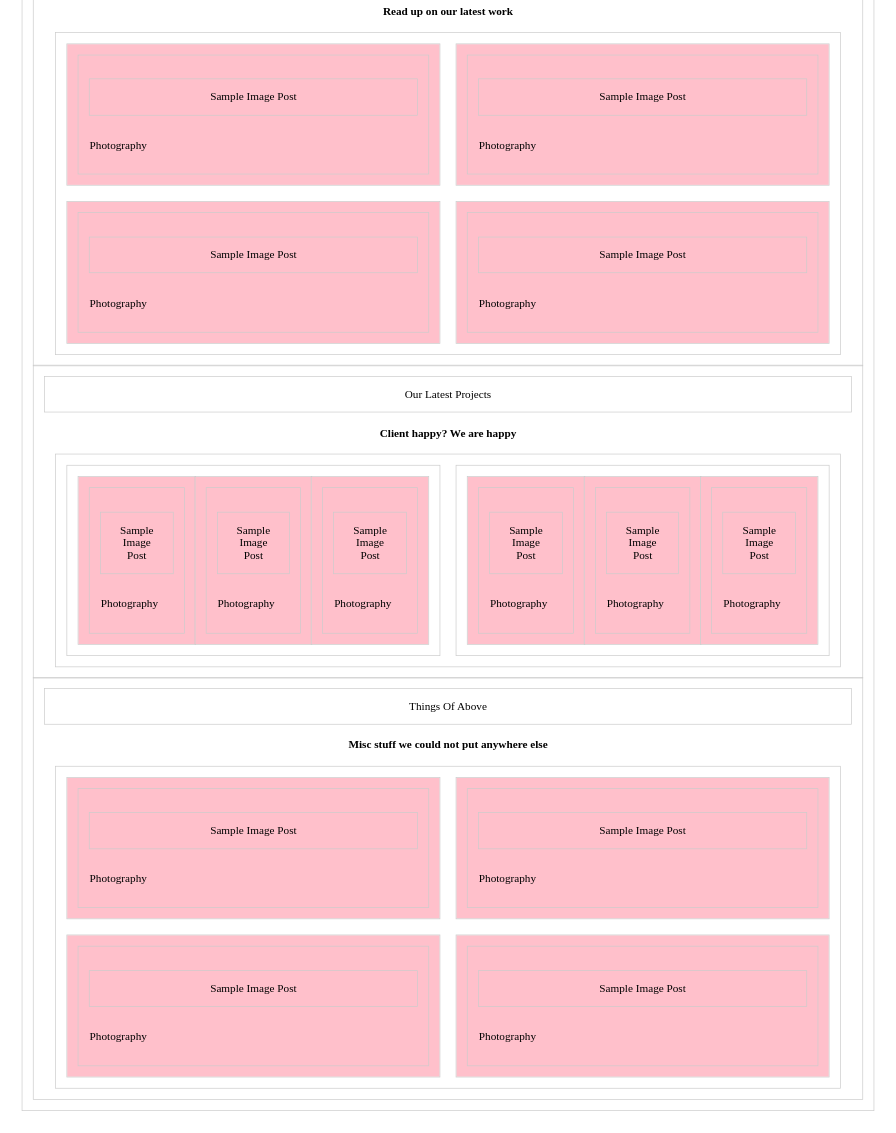
Repository: kionale/Project1_Lab3_ResponsiveLayout
Page: index.html
An editor plug-in stored every save of this project. The page is shown before and after the next save, followed by the edit.
The browser window is 1280 px wide. The pictures show the part of the page from y = 1133 to 3053 px (the page is 2751 px tall before and 3053 px after), at 70% of full size.

Above is the page before, as saved 2023-01-25 22:29:51.

After the next save:
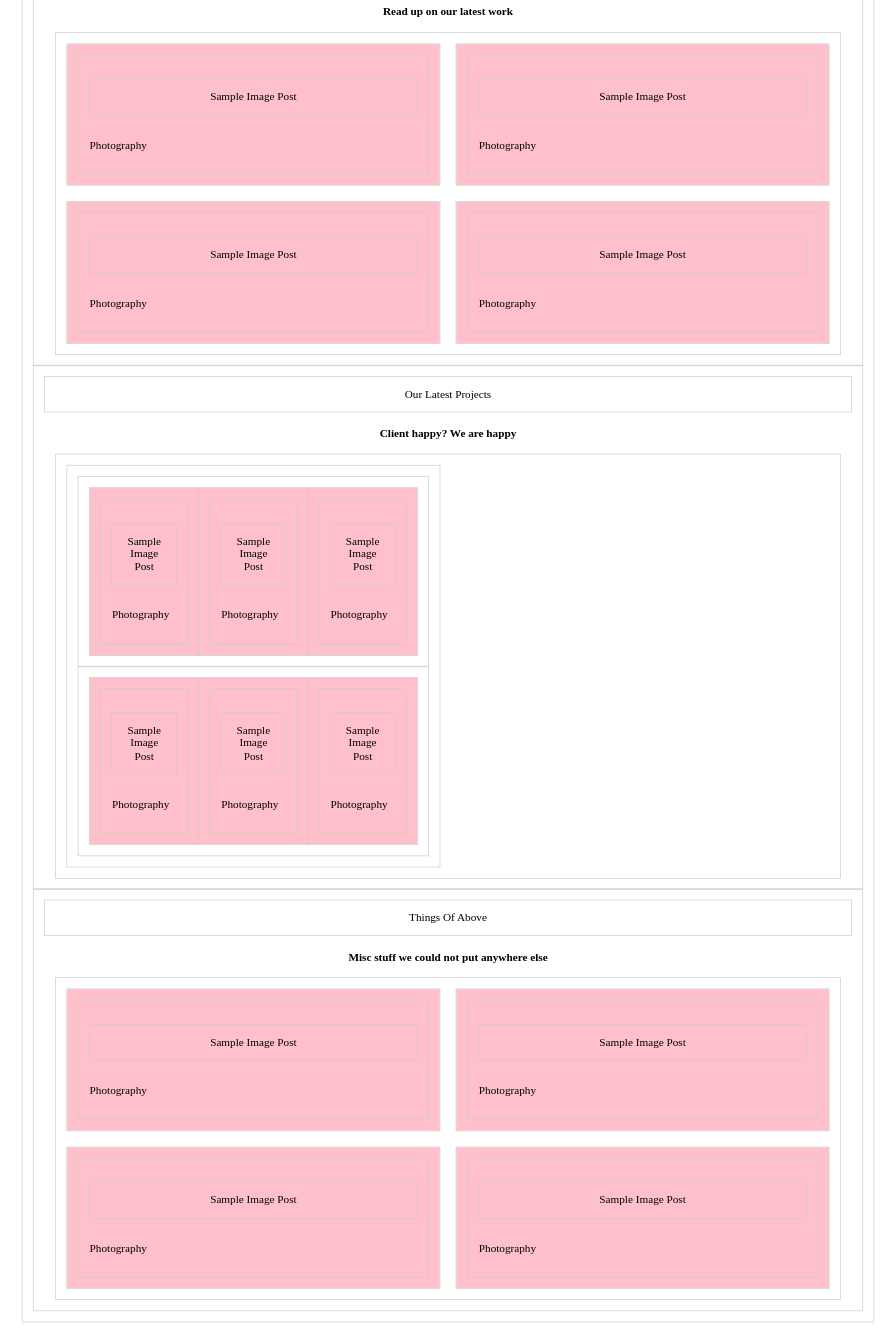
Saved 1 s later.
--- a/index.html
+++ b/index.html
@@ -149,52 +149,54 @@
       <header class="header latest__projects__header">Our Latest Projects</header>
       <h4 class="subheading">Client happy? We are happy</h4>
       <div class="row m-col-2 l-col-3">
-        <section class="top__row__latest">
-          <div class="col">
-            <div>
-              <img src="" alt="">
-              <header class="header recent__work__title">Sample image post</header><br>
-              <p>Photography</p>
-            </div>
-          </div>
-          <div class="col">
-            <div>
-              <img src="" alt="">
-              <header class="header recent__work__title">Sample image post</header><br>
-              <p>Photography</p>
-            </div>
-          </div>
-          <div class="col">
-            <div>
-              <img src="" alt="">
-              <header class="header recent__work__title">Sample image post</header><br>
-              <p>Photography</p>
-            </div>
-          </div>
-        </section>
-        <section class="bottom__row__latest">
-          <div class="col">
-            <div>
-              <img src="" alt="">
-              <header class="header recent__work__title">Sample image post</header><br>
-              <p>Photography</p>
-            </div>
-          </div>
-          <div class="col">
-            <div>
-              <img src="" alt="">
-              <header class="header recent__work__title">Sample image post</header><br>
-              <p>Photography</p>
-            </div>
-          </div>
-          <div class="col">
-            <div>
-              <img src="" alt="">
-              <header class="header recent__work__title">Sample image post</header><br>
-              <p>Photography</p>
-            </div>
-          </div>
-        </section>
+        <div>
+          <section class="top__row__latest">
+            <div class="col">
+              <div>
+                <img src="" alt="">
+                <header class="header recent__work__title">Sample image post</header><br>
+                <p>Photography</p>
+              </div>
+            </div>
+            <div class="col">
+              <div>
+                <img src="" alt="">
+                <header class="header recent__work__title">Sample image post</header><br>
+                <p>Photography</p>
+              </div>
+            </div>
+            <div class="col">
+              <div>
+                <img src="" alt="">
+                <header class="header recent__work__title">Sample image post</header><br>
+                <p>Photography</p>
+              </div>
+            </div>
+          </section>
+          <section class="bottom__row__latest">
+            <div class="col">
+              <div>
+                <img src="" alt="">
+                <header class="header recent__work__title">Sample image post</header><br>
+                <p>Photography</p>
+              </div>
+            </div>
+            <div class="col">
+              <div>
+                <img src="" alt="">
+                <header class="header recent__work__title">Sample image post</header><br>
+                <p>Photography</p>
+              </div>
+            </div>
+            <div class="col">
+              <div>
+                <img src="" alt="">
+                <header class="header recent__work__title">Sample image post</header><br>
+                <p>Photography</p>
+              </div>
+            </div>
+          </section>
+        </div>
       </div>
     </section>
     <section class="recent__work">
